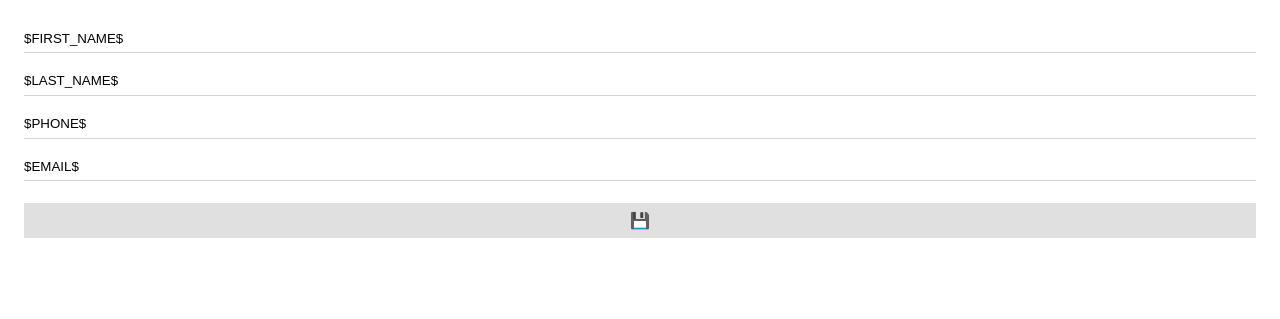
Repository: KIThubber/Fitnesstagebuch
Page: Frontend/src/page-edit/page-edit.html
An editor plug-in stored every save of this project. The page is shown before and after the next save, followed by the edit.
The browser window is 1280 px wide. The pictures show the whole page.

Above is the page before, as saved 2022-05-05 16:00:09.

### Frontend/src/page-edit/page-edit.html
<!-- Stylesheet der Seite -->
<style>
    /* FORMULARFELDER */
    main {
        background-color: white;
        padding: 1em;
    }

    main .form > * {
        display: block;
        width: 100%;

        border: 0px solid lightgrey;
        border-bottom-width: 1px;

        padding: 0.5em 0 0.5em 0;
        margin-bottom: 1em;
    }

    /* AKTIONSBUTTONS */
    main .actions {
        display: flex;
        justify-content: space-between;
    }

    main .actions > div {
        padding: 0.5em;
        margin: 0.5em;

        background-color: #e0e0e0;
        transition: background-color 0.5s;

        flex: 1;
        text-align: center;
    }

    main .actions > div:first-child {
        margin-left: 0;
    }

    main .actions > div:last-child {
        margin-right: 0;
    }

    main .actions > div:hover {
        background-color: #f0f0f0;
        cursor: pointer;
    }
</style>

<!-- Inhalt der Seite -->
<main>
    <div>
        <div class="form">
            <input class="first_name" placeholder="Vorname" value="$FIRST_NAME$" />
            <input class="last_name" placeholder="Nachname" value="$LAST_NAME$" />
            <input class="phone" placeholder="Telefonnummer" value="$PHONE$" />
            <input class="email" placeholder="E-Mailadresse" value="$EMAIL$" />
        </div>
        <div class="actions">
            <div class="action save">
                <a>💾</a>
            </div>
        </div>
    </div>
</main>

After the next save:
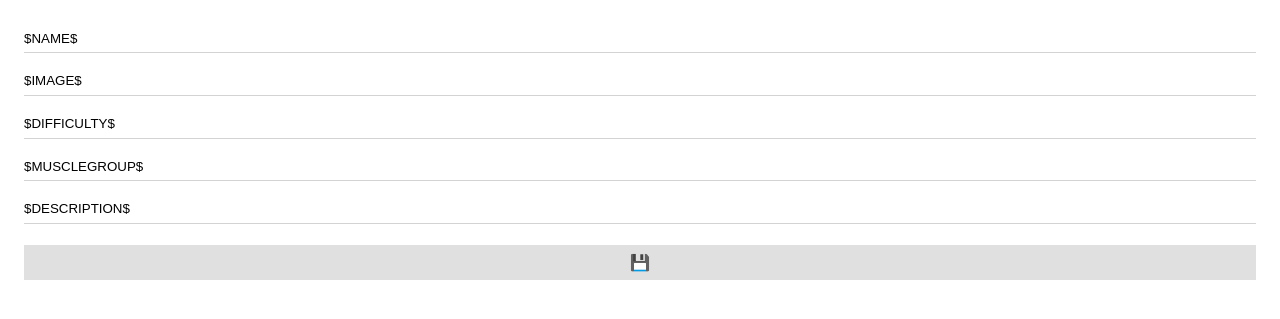
Saved 2 min 38 s later.
--- a/Frontend/src/page-edit/page-edit.html
+++ b/Frontend/src/page-edit/page-edit.html
@@ -52,10 +52,11 @@
 <main>
     <div>
         <div class="form">
-            <input class="first_name" placeholder="Vorname" value="$FIRST_NAME$" />
-            <input class="last_name" placeholder="Nachname" value="$LAST_NAME$" />
-            <input class="phone" placeholder="Telefonnummer" value="$PHONE$" />
-            <input class="email" placeholder="E-Mailadresse" value="$EMAIL$" />
+            <input class="first_name" placeholder="Vorname" value="$NAME$" />
+            <input class="last_name" placeholder="Nachname" value="$IMAGE$" />
+            <input class="phone" placeholder="Telefonnummer" value="$DIFFICULTY$" />
+            <input class="email" placeholder="E-Mailadresse" value="$MUSCLEGROUP$" />
+            <input class="email" placeholder="E-Mailadresse" value="$DESCRIPTION$" />
         </div>
         <div class="actions">
             <div class="action save">
